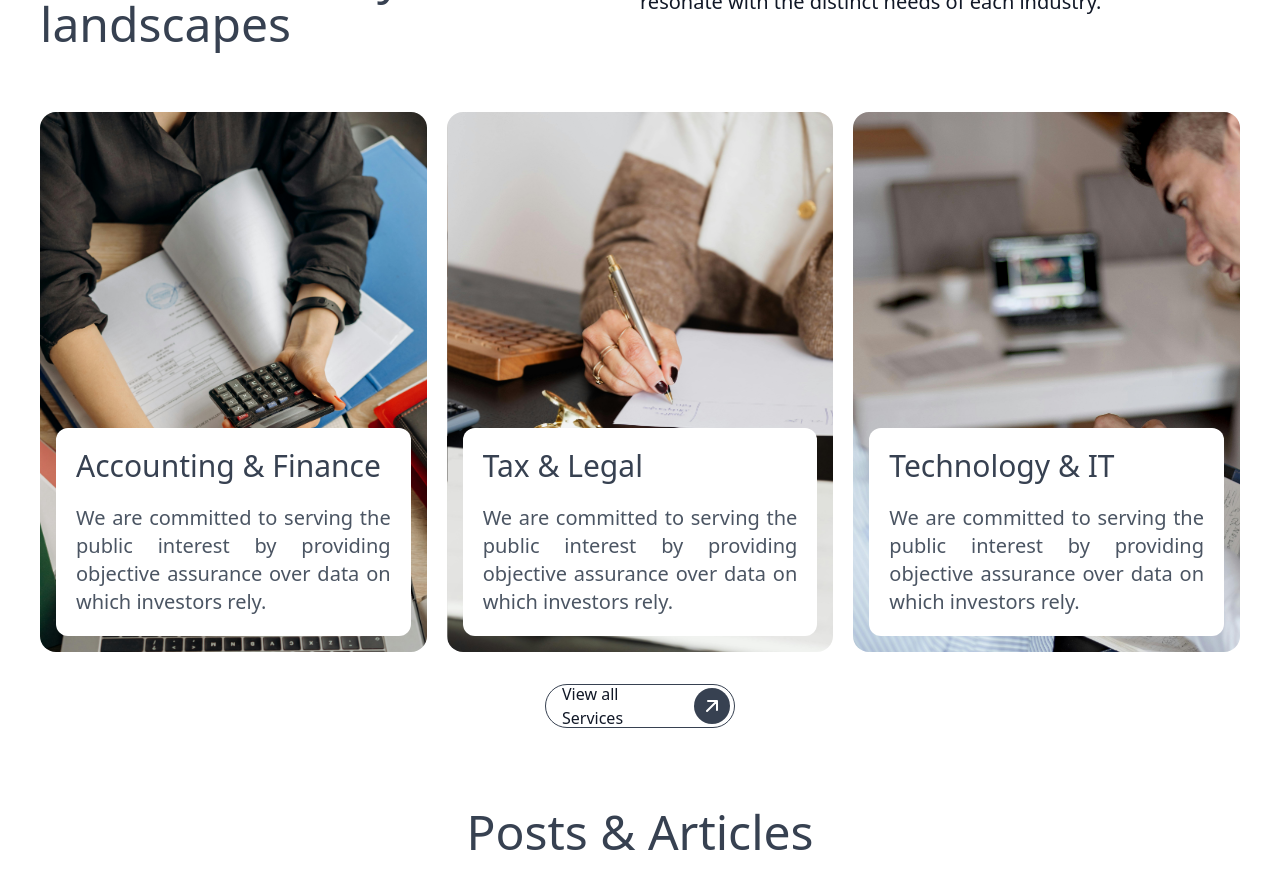
Repository: vespersolutionspk18/integrast-website
Page: /
These files come from the project's save history. The page is drawn as it stood at one moment and after the next save; the edit follows.
The browser window is 1280 px wide. The pictures show the part of the page from y = 1034 to 1986 px (the page is 1930 px tall before and 1986 px after).
The project was rebuilt for these pictures with package versions that can differ from the ones it lists, and the page was loaded fresh each time. The framework's server and built-in components were replaced by stand-ins that run in the browser. Also part of the build but not shown: next.config.ts.

Above is the page before, as saved 2024-12-09 16:41:04.

After the next save:
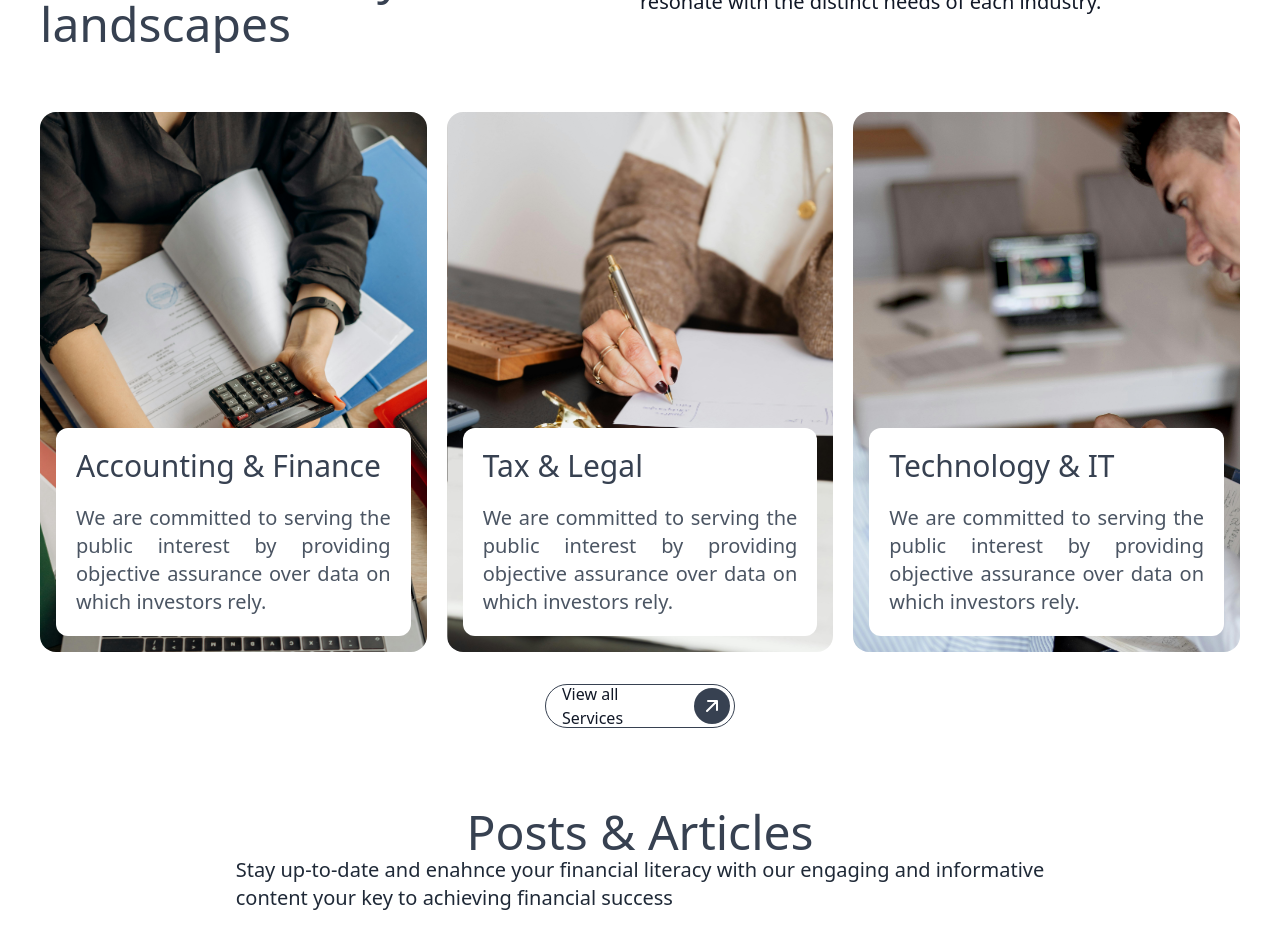
Saved 2 min 51 s later.
--- a/app/Postsart.tsx
+++ b/app/Postsart.tsx
@@ -4,6 +4,7 @@ const Postsart = () => {
   return (
     <div className="flex flex-col p-10 items-center">
         <h2 className="text-5xl font-sans text-gray-700 font-light">Posts & Articles</h2>
+        <p className="font-sans text-xl text-gray-800">Stay up-to-date and enahnce your financial literacy with our engaging and informative<br></br>content your key to achieving financial success</p>
     </div>
   )
 }
